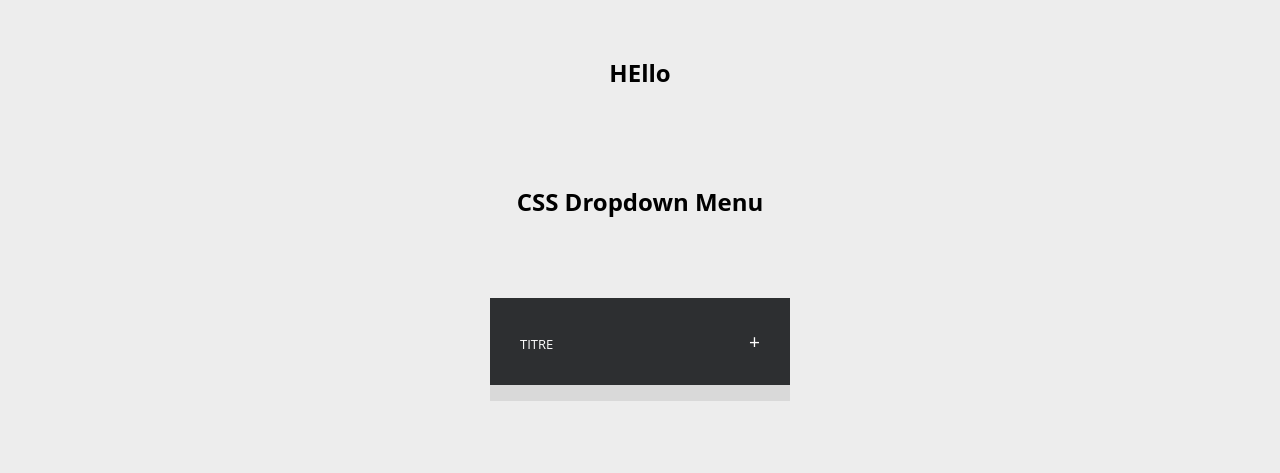
Repository: navid-amini12/capstone-1
Page: index.html
These files come from the project's save history. The page is drawn as it stood at one moment and after the next save; the edit follows.
The browser window is 1280 px wide. The pictures show the whole page.

Above is the page before, as saved 2022-05-13 10:38:10.

After the next save:
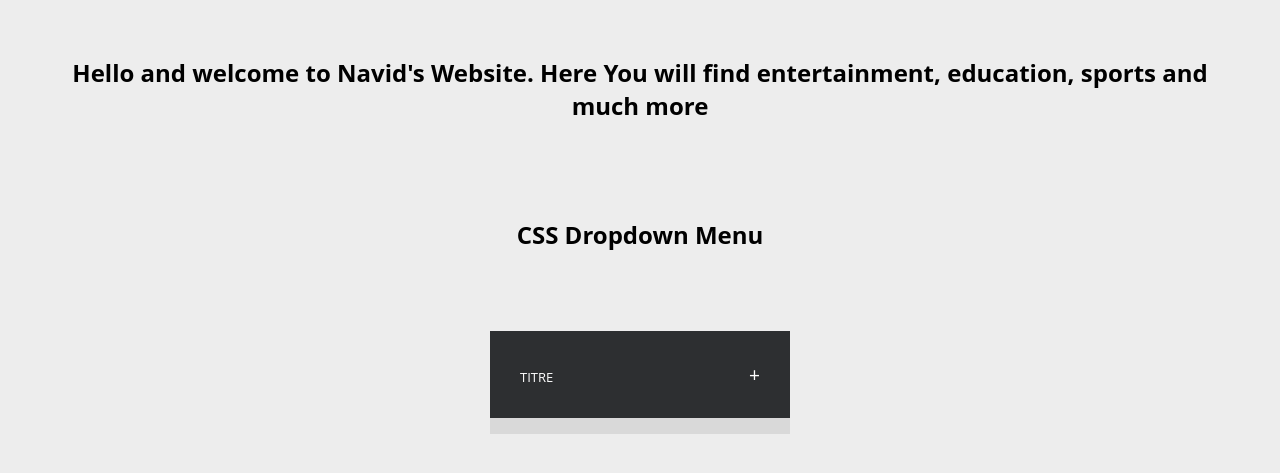
Saved 2 min 8 s later.
--- a/index.html
+++ b/index.html
@@ -4,7 +4,7 @@
 <html>
 
 <body>
-	<h1>HEllo</h1>
+	<h1>Hello and welcome to Navid's Website. Here You will find entertainment, education, sports and much more</h1>
 
 
 		<link rel="stylesheet" type="text/css" href="style.css">
